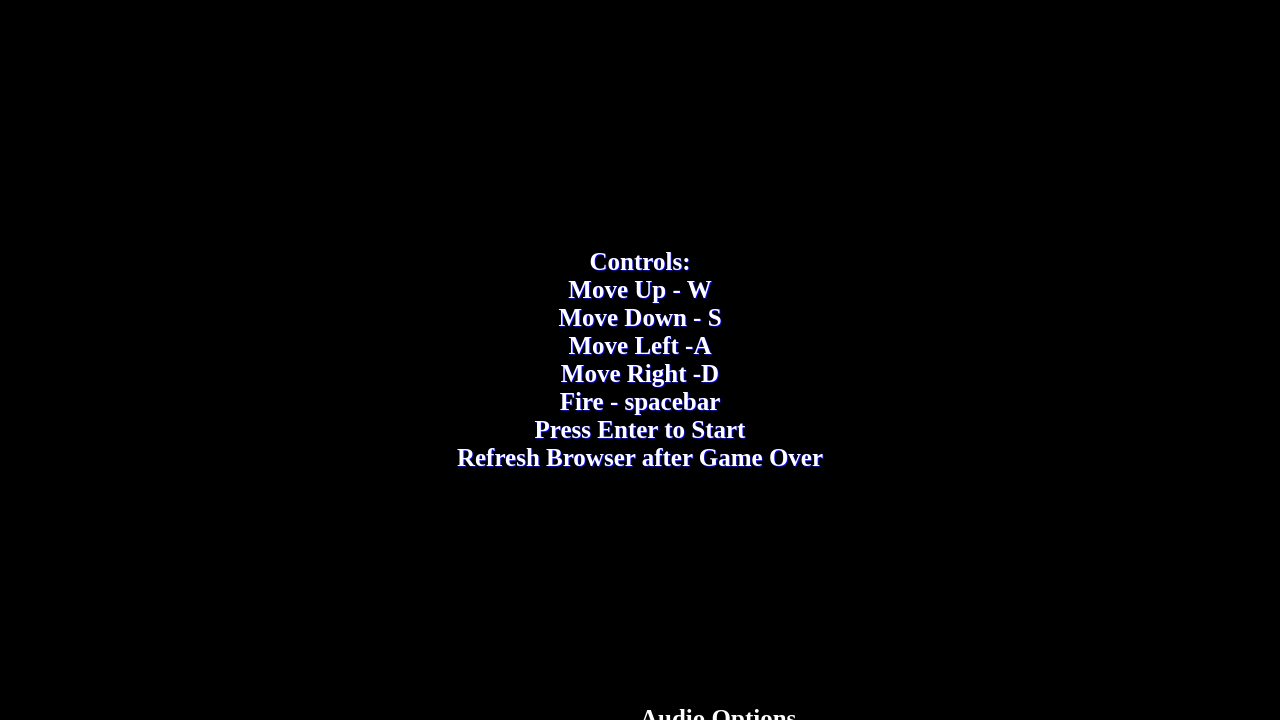
Repository: SammyGutierrez335/GalacticBreach
Page: index.html
An editor plug-in stored every save of this project. The page is shown before and after a run of saves, followed by the edit.
The browser window is 1280 px wide. The pictures show the whole page.

Above is the page before, as saved 2020-04-15 23:12:38.
Console error: TypeError: Cannot read properties of null (reading 'addEventListener')

### index.html
<html>
  <head>
    <meta charset="utf-8">
    <title>GALACTIC BREACH</title>
    <meta prefix="og: http://ogp.me/ns#" name="title" property='og:title'
      content="Galactic Attack" />
    <meta prefix="og: http://ogp.me/ns#" name="description"
      content="Fight off a fleet of enemy ships, can you survive?" />
    <meta prefix="og: http://ogp.me/ns#" property='og:description'
      content="Fight off a fleet of enemies, can you survive?" />
    <meta prefix="og: http://ogp.me/ns#" property='og:url'
      content="https://sammygutierrez335.github.io/GalacticBreach/" />
    <meta prefix="og: http://ogp.me/ns#" name="image" property='og:image'
      content="https://photos.google.com/photo/AF1QipOBm13ja8uh9DHqOrr0tgQlxpMD8etCQgijCftV" />
    <meta name="viewport" content="width=device-width">
    <style>
      .sfx-mute{
        content: url("assets/menu/sfx-toggle-mute.png");
      }
    </style>
    <link rel="stylesheet" href="./css/app.css">
  </head>
  <body>
    <div id="instructions"> Controls:
      <div> Move Up - <span class="key">W</span></div>
      <div> Move Down - <span class="key">S</span></div>
      <div> Move Left -<span class="key">A</span></div>
      <div> Move Right -<span class="key">D</span></div>
      <div>Fire -  <span class="key">spacebar</span></div>
      <div>
        Press Enter to Start
      </div>
      <div>
        Refresh Browser after Game Over
      </div>
    </div>
    <script type="text/javascript" src="dist/main.js"></script>
    <div class="audio-options">
      <p>Audio Options</p>
      <button id="music-toggle-button">
        <img class="toggle" src="assets/menu/music-toggle.png" />
      </button>
      <button id="sfx-toggle-button">
        <img class="toggle" src="assets/menu/sfx-toggle.png" />
      </button>
    </div>
  </body>
</html>

### css/app.css
body {
  background: black;
  display: flex;
  justify-content: center;
  align-items: center;
}

canvas {
  max-height: 480px;
  max-width: 960px;
  background: black;
}

.wrapper {
  color: black;
}

#instructions {
  background: black;
  min-height: 480;
  min-width: 250;
  max-width: 400;
  max-height: 480;
  font-family: fantasy;
  color: white;
  font-size: 25;
  font-weight: 800;
  display: flex;
  flex-direction: column;
  justify-content: center;
  align-items: center;
  text-shadow: 1px 1px 0px blue;
  -webkit-font-smoothing: antialiased;
  -moz-osx-font-smoothing: grayscale;
  text-rendering: optimizeLegibility;
}

.scoreboard-canvas {
  background-image: url("https://mcdn.wallpapersafari.com/medium/97/59/pdCfQ6.jpg");
  max-height: 420;
  min-width: 550;
  font-family: fantasy;
  object-fit: cover;
  color: white;
  font-size: 25;
  font-weight: 800;
  display: flex;
  flex-direction: column;
  align-items: flex-start;
  justify-content: flex-end;
}
.audio-options{
  position: absolute;
  left: 50%;
  top: 680px;
  font-family: fantasy;
}
.audio-options p {
  color: white;
  font-size: 25;
  font-weight: 800;
}
button{
  background:none;
}

.toggle {
  width: 50px;
  height: 50px;
}

Loaded but not shown: dist/main.js (161 lines, source omitted)

After the next 2 saves:
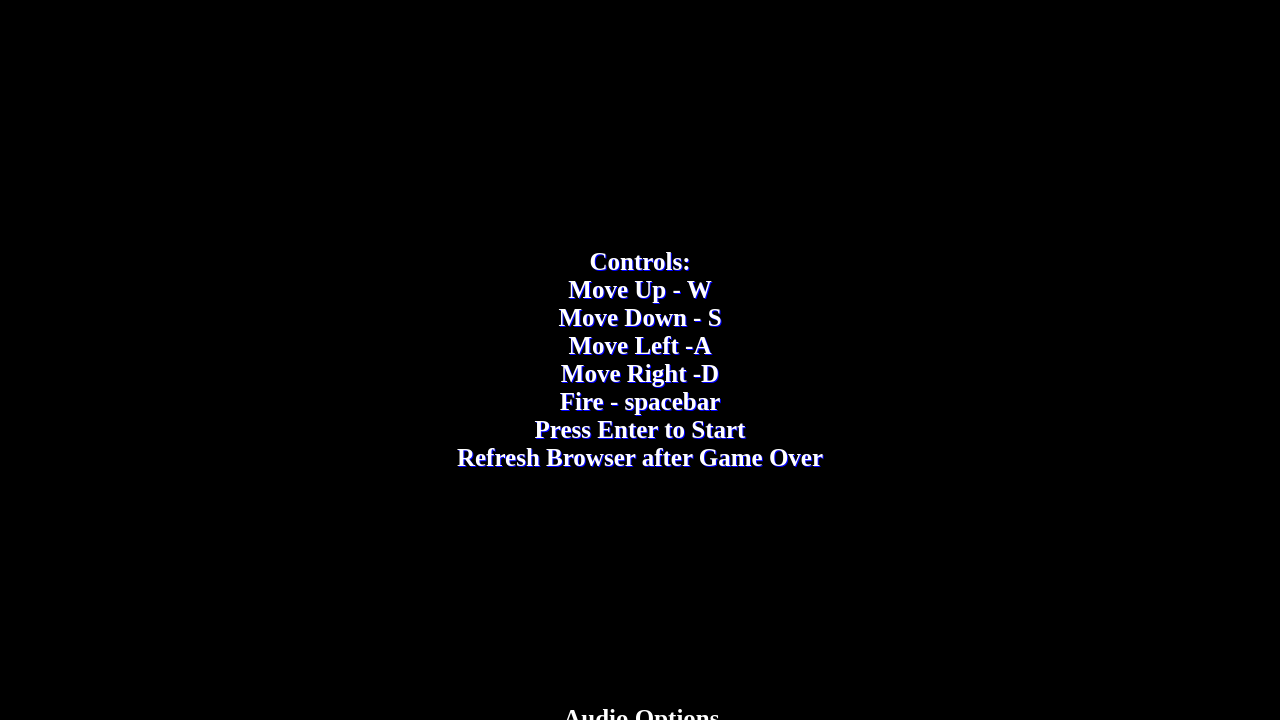
The 2 saves are shown as one change because they came seconds apart.
The last was saved 10 s later.
--- a/css/app.css
+++ b/css/app.css
@@ -51,7 +51,7 @@ canvas {
 }
 .audio-options{
   position: absolute;
-  left: 50%;
+  left: 44%;
   top: 680px;
   font-family: fantasy;
 }
